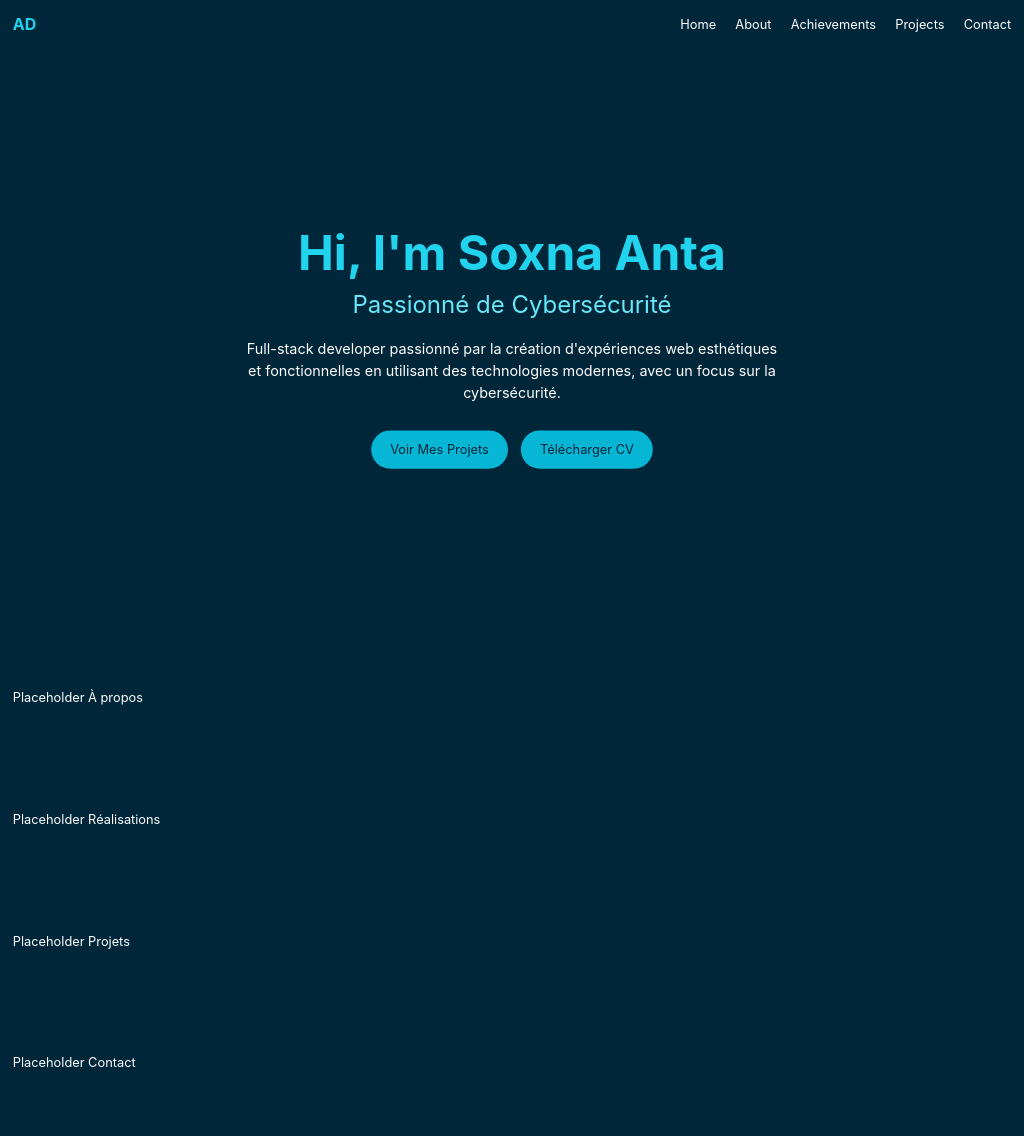
Repository: AntaaaKD/Mon-Portfolio
Page: /
The author's editor kept a copy of each file at every save. The page is drawn from the files as they stood at one save, then again after the next save.
The browser window is 1280 px wide. The pictures show the whole page, at 80% of full size.
The project was rebuilt for these pictures with package versions that can differ from the ones it lists, and the page was loaded fresh each time.

Above is the page before, as saved 2026-01-14 18:21:16.

After the next save:
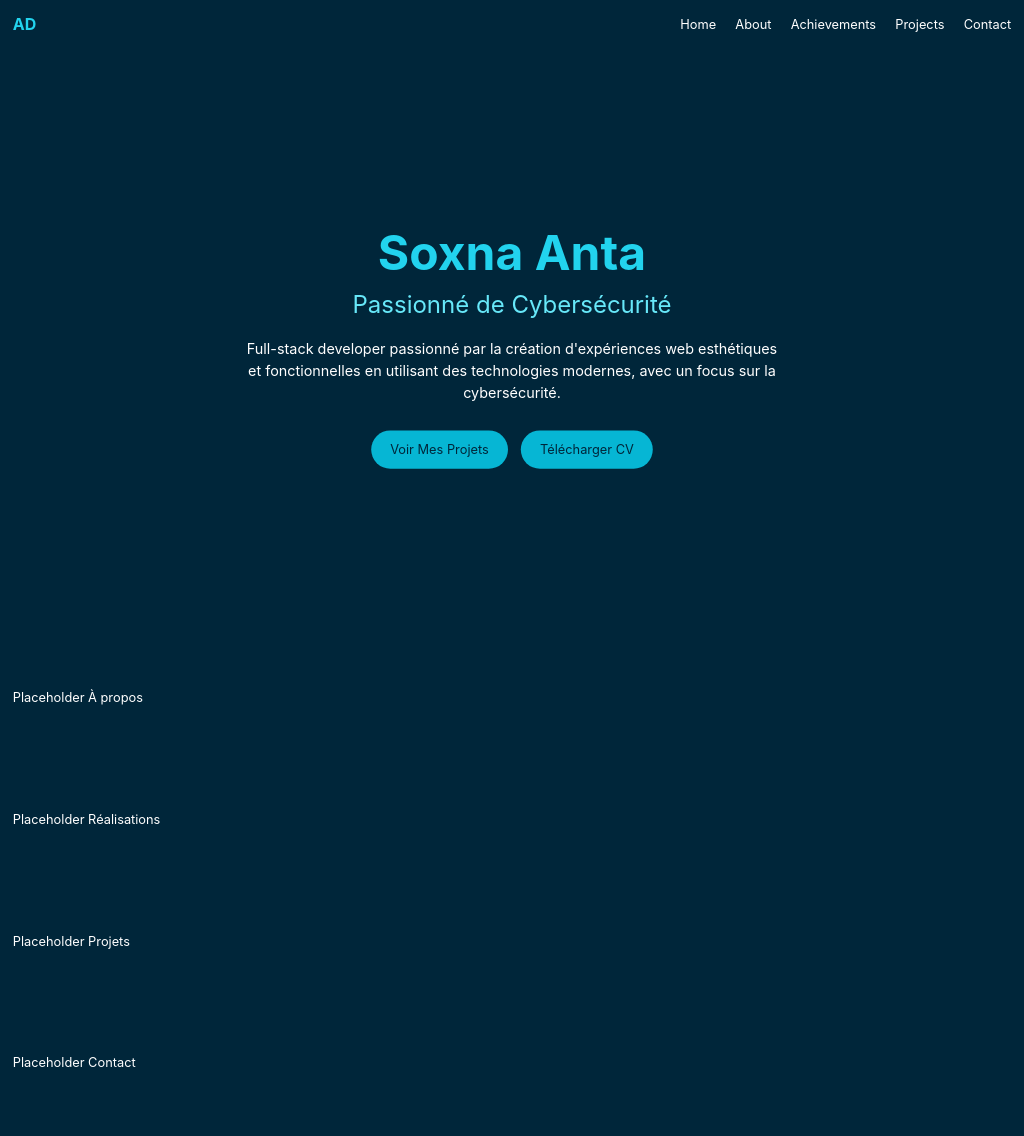
Saved 59 s later.
--- a/src/components/Home.jsx
+++ b/src/components/Home.jsx
@@ -3,7 +3,7 @@ import React from 'react';
 const Home = () => {
   return (
     <section id="home" className="flex flex-col items-center justify-center h-screen text-center px-4">
-      <h1 className="text-6xl font-bold text-cyan-400 mb-4">Hi, I'm Soxna Anta</h1>
+      <h1 className="text-6xl font-bold text-cyan-400 mb-4">Soxna Anta</h1>
       <h2 className="text-3xl text-cyan-300 mb-6">Passionné de Cybersécurité</h2>
       <p className="text-lg mb-8 max-w-2xl">Full-stack developer passionné par la création d'expériences web esthétiques et fonctionnelles en utilisant des technologies modernes, avec un focus sur la cybersécurité.</p>
       <div className="flex space-x-4">
